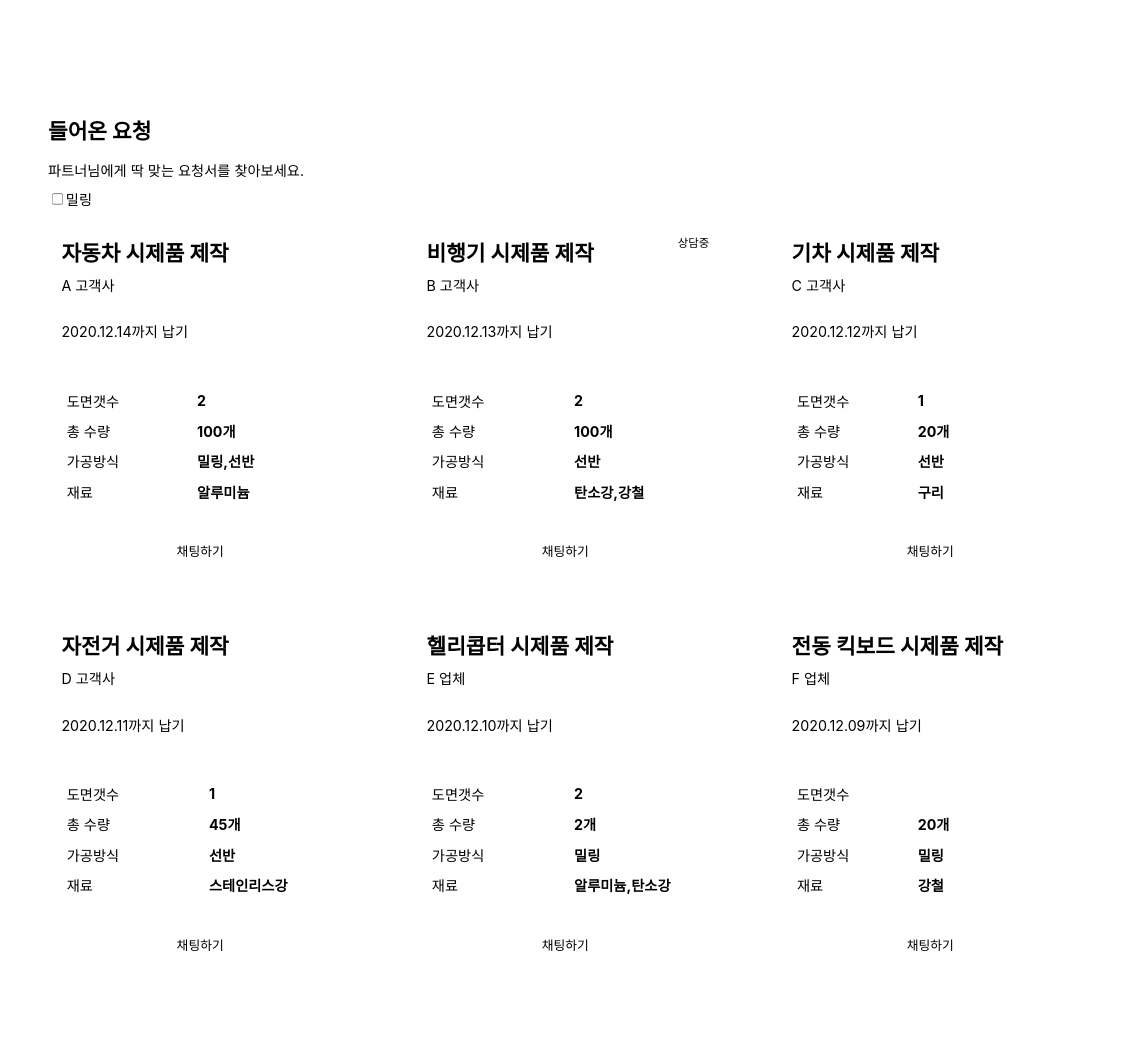
Repository: seoulsaram/capa
Page: /
These files come from the project's save history. The page is drawn as it stood at one moment and after the next save; the edit follows.
The browser window is 1280 px wide. The pictures show the whole page, at 89% of full size.
The project was rebuilt for these pictures with package versions that can differ from the ones it lists, and the page was loaded fresh each time. Requests to the local data server were answered from the project's data file. Also part of the build but not shown: src/App.css, src/components/filter/filter.module.css.

Above is the page before, as saved 2021-03-06 03:42:29.

### public/index.html
<!DOCTYPE html>
<html lang="en">
  <head>
    <meta charset="utf-8" />
    <link rel="icon" href="%PUBLIC_URL%/favicon.ico" />
    <meta name="viewport" content="width=device-width, initial-scale=1" />
    <meta name="theme-color" content="#000000" />
    <meta name="description" content="Web site created using create-react-app" />

    <title>React App</title>
  </head>
  <body>
    <noscript>You need to enable JavaScript to run this app.</noscript>
    <div id="root"></div>
  </body>
</html>

### src/index.js
import React from "react";
import ReactDOM from "react-dom";
import "./index.css";
import App from "./app";
import RequestInfo from "./service/request_info";

const requestInfo = new RequestInfo();

ReactDOM.render(
  <React.StrictMode>
    <App requestInfo={requestInfo} />
  </React.StrictMode>,
  document.getElementById("root")
);

### src/App.js
import "./app.css";
import Header from "./components/header/header";
import ItemContainer from "./components/item_container/item_container";
import RequestBox from "./components/request_box/request_box";

function App({ requestInfo }) {
  return (
    <div>
      <Header />
      <ItemContainer requestInfo={requestInfo} />
    </div>
  );
}

export default App;

### src/service/request_info.js
class RequestInfo {
  constructor() {
    this.getrequestOptions = {
      method: "GET",
    };
  }

  async getInfo() {
    const response = await fetch("http://localhost:3002/requests", this.getrequestOptions);
    const res = await response.json();
    return res;
  }
}

export default RequestInfo;

### src/components/header/header.js
import React, { memo } from "react";
import styles from "./header.module.css";

const Header = (props) => (
  <div className={styles.header}>
    <div className={styles.headerLeft}>
      <p>CAPA</p>
      <p>파트너스</p>
    </div>
    <div className={styles.headerRight}>
      <p>A가공업체</p>
      <div className={styles.line}></div>
      <p>로그아웃</p>
    </div>
  </div>
);

export default Header;

### src/components/item_container/item_container.js
import React, { useEffect, useState } from "react";
import Filter from "../filter/filter";
import RequestBox from "../request_box/request_box";
import styles from "./item_container.module.css";

const ItemContainer = ({ requestInfo }) => {
  const [reqInfo, setReqInfo] = useState([]);

  useEffect(() => {
    requestInfo.getInfo().then((info) => setReqInfo(info));
  }, [requestInfo]);

  return (
    <section className={styles.section}>
      <h2 className={styles.title}>들어온 요청</h2>
      <p className={styles.desc}>파트너님에게 딱 맞는 요청서를 찾아보세요.</p>
      <Filter reqInfo={reqInfo} />
      <ul className={styles.cards}>
        {reqInfo.map((info) => (
          <RequestBox reqInfo={info} />
        ))}
      </ul>
    </section>
  );
};

export default ItemContainer;

### src/components/request_box/request_box.jsx
import React from "react";
import styles from "./request_box.module.css";

const RequestBox = ({ reqInfo }) => {
  return (
    <div key={reqInfo.id} className={styles.card}>
      <div className={styles.top}>
        <div className={styles.titleContainer}>
          <h2>{reqInfo.title}</h2>
          {reqInfo.status === "상담중" && <div className={styles.status}>{reqInfo.status}</div>}
        </div>
        <p className={styles.client}>{reqInfo.client}</p>
        <p className={styles.due}>{reqInfo.due}까지 납기</p>
      </div>
      <div className={styles.line}></div>
      {/* 테이블 로만들기 */}
      <table className={styles.bottom}>
        <tbody className={styles.order}>
          <tr>
            <td className={styles.orderTitle}>도면갯수</td>
            <td className={styles.orderBold}>{reqInfo.count}</td>
          </tr>
          <tr>
            <td className={styles.orderTitle}>총 수량</td>
            <td className={styles.orderBold}>{reqInfo.amount}개</td>
          </tr>
          <tr>
            <td className={styles.orderTitle}>가공방식</td>
            <td className={styles.orderBold}>{reqInfo.method.join(",")}</td>
          </tr>
          <tr>
            <td className={styles.orderTitle}>재료</td>
            <td className={styles.orderBold}>{reqInfo.material.join(",")}</td>
          </tr>
        </tbody>
      </table>
      <div className={styles.btnContainer}>
        <button className={styles.reqBtn}>요청 내역 보기</button>
        <button className={styles.chatBtn}>채팅하기</button>
      </div>
    </div>
  );
};

export default RequestBox;

// {
//     "id": 1,
//     "title": "자동차 시제품 제작",
//     "client": "A 고객사",
//     "due": "2020.12.14",
//     "count": 2,
//     "amount": 100,
//     "method": ["밀링", "선반"],
//     "material": ["알루미늄"],
//     "status": "대기중"
//   },

### src/components/header/header.module.css
@value MakeBlue from '../../common/color.css';

.header {
  display: flex;
  justify-content: space-between;
  padding: 5px 20px;
  background-color: MakeBlue;
  color: white;
}

.headerLeft {
  display: flex;
  align-items: center;
}

.headerRight {
  display: flex;
  align-items: center;
}

.line {
  width: 2px;
  height: 50%;
  background-color: white;
  margin: 0px 14px;
}

### src/components/filter/filter.jsx
import React from "react";
import styles from "./filter.module.css";

const Filter = ({ reqInfo }) => {
  return (
    <section className={styles.section}>
      {/* 가공방식 */}
      {/* 1. 값이 든 배열 만들기
      2. 온클릭 이벤트를 만들기
      3. 이벤트에 두 가지 값을 동시에 필터링하는 로직 넣기 */}
      <div className={styles.filter}>
        <div>
          <label>
            <input type="checkbox" value="밀링" />
            밀링
          </label>
        </div>
      </div>
      {/* 재료 */}
      <div className={styles.filter}></div>
      <div></div>
      <div></div>
    </section>
  );
};

export default Filter;

// "requests": [
//     {
//       "id": 1,
//       "title": "자동차 시제품 제작",
//       "client": "A 고객사",
//       "due": "2020.12.14",
//       "count": 2,
//       "amount": 100,
//       "method": ["밀링", "선반"],
//       "material": ["알루미늄"],
//       "status": "대기중"
//     },

### src/components/item_container/item_container.module.css
@value MakeBlue,MakeBlack,MakeLightBlue,MakeGrey,MakeLightGrey,MakeYellow from '../../common/color.css';
.section {
  padding: 54px;
  color: MakeBlack;
  display: flex;
  flex-direction: column;
}

.title,
.desc {
  margin: 8px 0px;
}

.cards {
  display: flex;
  justify-content: space-between;
  flex-wrap: wrap;
}

### src/components/request_box/request_box.module.css
@value MakeBlue,MakeBlack,MakeLightBlue,MakeGrey,MakeLightGrey,MakeYellow from '../../common/color.css';

* {
  box-sizing: border-box;
}

ul {
  margin: 0;
  padding: 0;
}

.card {
  width: 30%;
  border: 1px solid MakeLightGrey;
  border-radius: 3px;
  padding: 10px 15px;
  margin-bottom: 15px;
}

.card:hover {
  border: 1px solid MakeLightBlue;
}

.titleContainer {
  display: flex;
  align-items: center;
  justify-content: space-between;
}

.titleContainer > h2 {
  margin-bottom: 0px;
}

.client {
  margin: 8px 0px;
}
.due {
  color: MakeGrey;
  margin-top: 28px;
}

.status {
  border: 1px solid MakeYellow;
  border-radius: 45px;
  padding: 4px;
  font-size: 0.8rem;
  color: MakeYellow;
}

.line {
  width: 98%;
  height: 2px;
  margin: auto;
  background-color: MakeLightGrey;
}
.bottom {
  margin-top: 30px;
  margin-bottom: 15px;
}

td {
  width: 25%;
  padding: 4px;
}

.orderBold {
  font-weight: 700;
}

.reqBtn,
.chatBtn {
  margin: 15px 4px;
  padding: 8px 10px;
  background-color: transparent;
  border: none;
  border-radius: 0.2rem;
  outline: none;
  font-size: 0.9rem;
  cursor: pointer;
}

.reqBtn {
  color: white;
  background-color: MakeLightBlue;
}

.chatBtn {
  border: 1px solid MakeLightBlue;
  color: MakeLightBlue;
}

### db.json
{
  "requests": [
    {
      "id": 1,
      "title": "자동차 시제품 제작",
      "client": "A 고객사",
      "due": "2020.12.14",
      "count": 2,
      "amount": 100,
      "method": ["밀링", "선반"],
      "material": ["알루미늄"],
      "status": "대기중"
    },
    {
      "id": 2,
      "title": "비행기 시제품 제작",
      "client": "B 고객사",
      "due": "2020.12.13",
      "count": 2,
      "amount": 100,
      "method": ["선반"],
      "material": ["탄소강", "강철"],
      "status": "상담중"
    },
    {
      "id": 3,
      "title": "기차 시제품 제작",
      "client": "C 고객사",
      "due": "2020.12.12",
      "count": 1,
      "amount": 20,
      "method": ["선반"],
      "material": ["구리"],
      "status": "대기중"
    },
    {
      "id": 4,
      "title": "자전거 시제품 제작",
      "client": "D 고객사",
      "due": "2020.12.11",
      "count": 1,
      "amount": 45,
      "method": ["선반"],
      "material": ["스테인리스강"],
      "status": "대기중"
    },
    {
      "id": 5,
      "title": "헬리콥터 시제품 제작",
      "client": "E 업체",
      "due": "2020.12.10",
      "count": 2,
      "amount": 2,
      "method": ["밀링"],
      "material": ["알루미늄", "탄소강"],
      "status": "대기중"
    },
    {
      "id": 6,
      "title": "전동 킥보드 시제품 제작",
      "client": "F 업체",
      "due": "2020.12.09",
      "docs": 1,
      "amount": 20,
      "method": ["밀링"],
      "material": ["강철"],
      "status": "대기중"
    }
  ]
}

Loaded but not shown: src/index.css (common file)

After the next save:
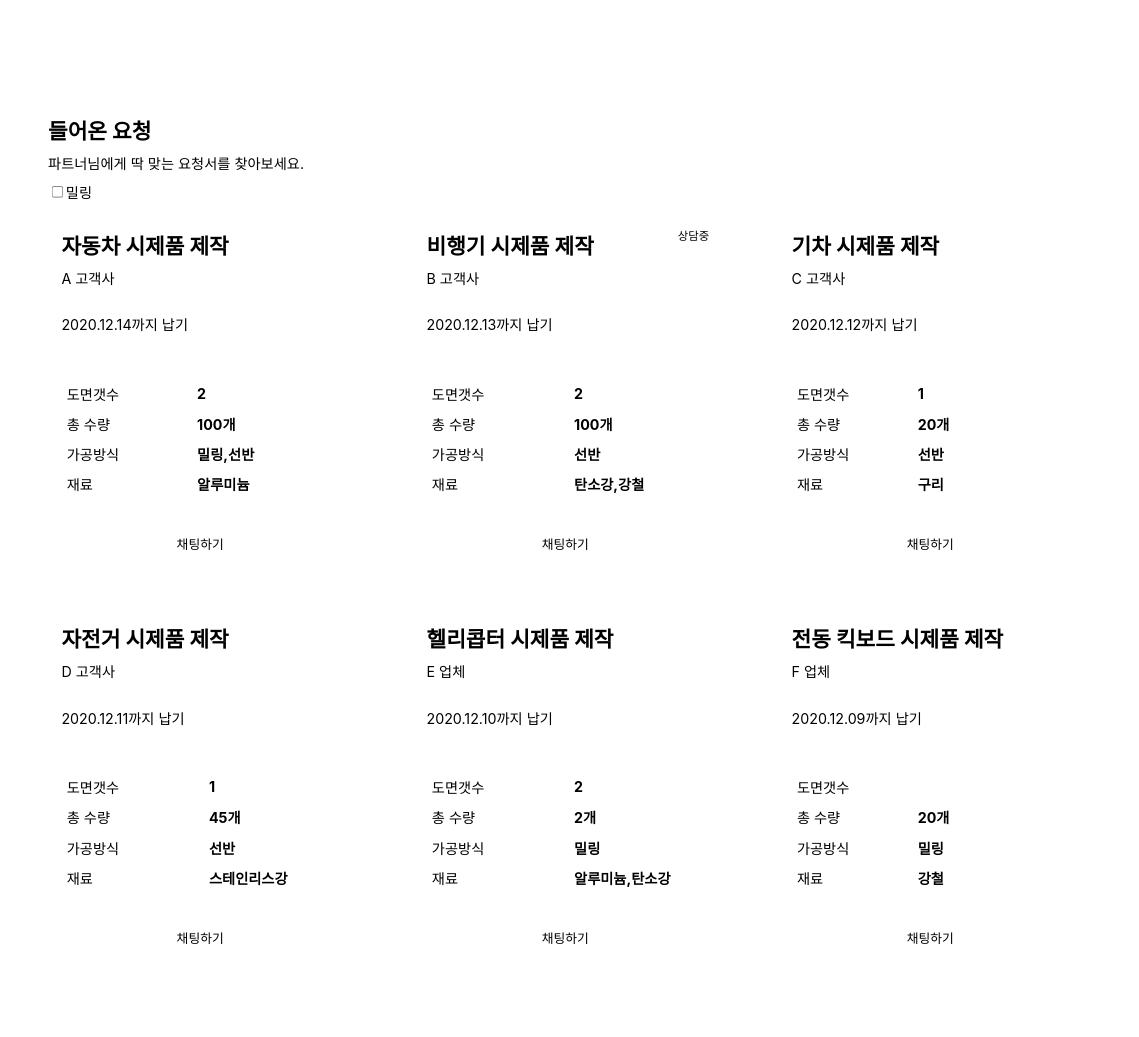
Saved 9 s later.
--- a/src/components/item_container/item_container.module.css
+++ b/src/components/item_container/item_container.module.css
@@ -2,8 +2,6 @@
 .section {
   padding: 54px;
   color: MakeBlack;
-  display: flex;
-  flex-direction: column;
 }
 
 .title,
